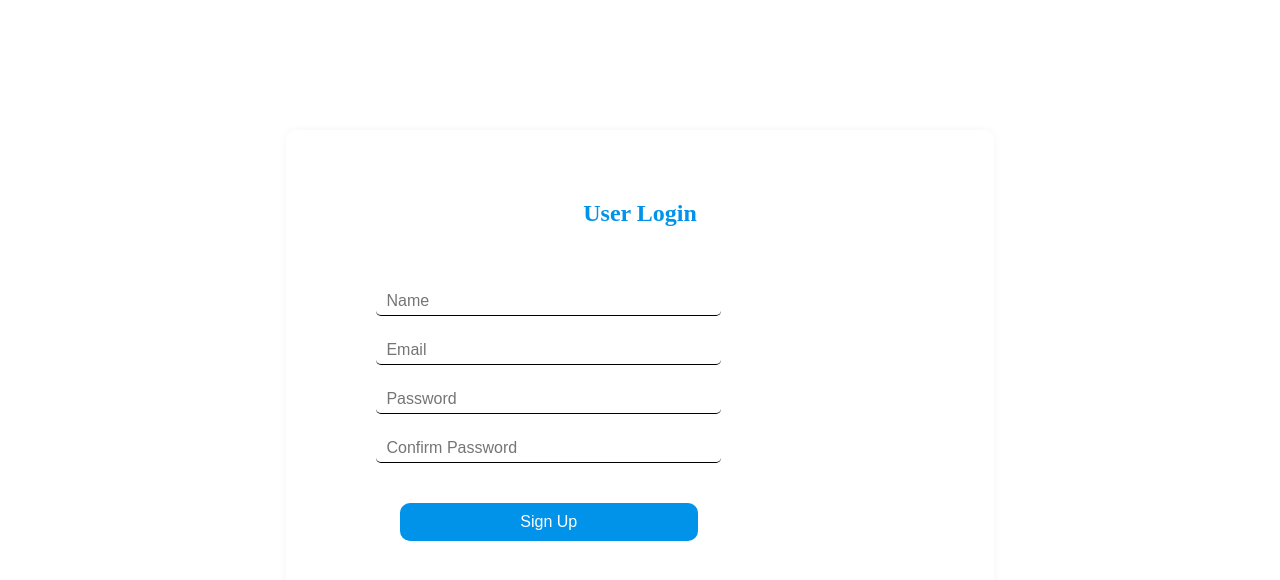
Repository: devSkhandelwal/job-search
Page: /login
The author's editor kept a copy of each file at every save. The page is drawn from the files as they stood at one save, then again after the next save.
The browser window is 1280 px wide. The pictures show the whole page.
The project was rebuilt for these pictures with package versions that can differ from the ones it lists, and the page was loaded fresh each time. Also part of the build but not shown: src/actions/jobAction.js, src/components/FormElement/ApplyForm.js, src/containers/JobDetailsContainer.js, src/containers/JobFilterContainer.js, src/components/JobItem.js, src/components/JobList.js, src/containers/JobListContainer.js.

Above is the page before, as saved 2021-05-04 10:10:29.

After the next save:
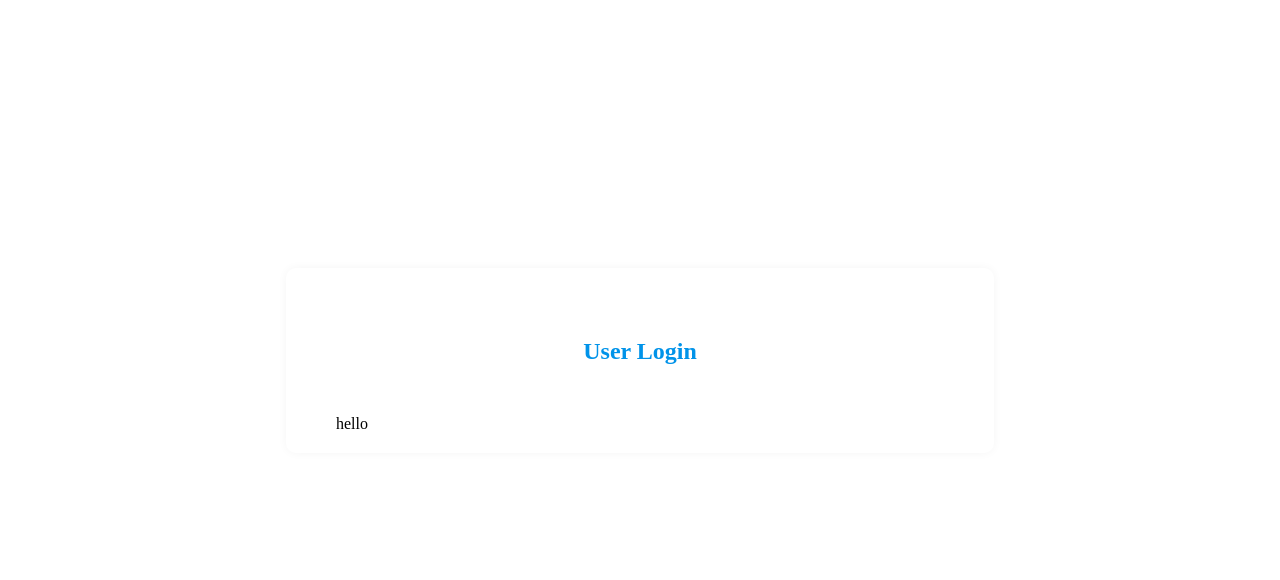
Saved 43 s later.
--- a/src/components/FormElement/FormContainer.js
+++ b/src/components/FormElement/FormContainer.js
@@ -3,7 +3,7 @@
 const FormContainer = ({children}) => {
     return (
         <div className="form-container">
-            {children}
+           hello
         </div>
     )
 }

After the save that followed:
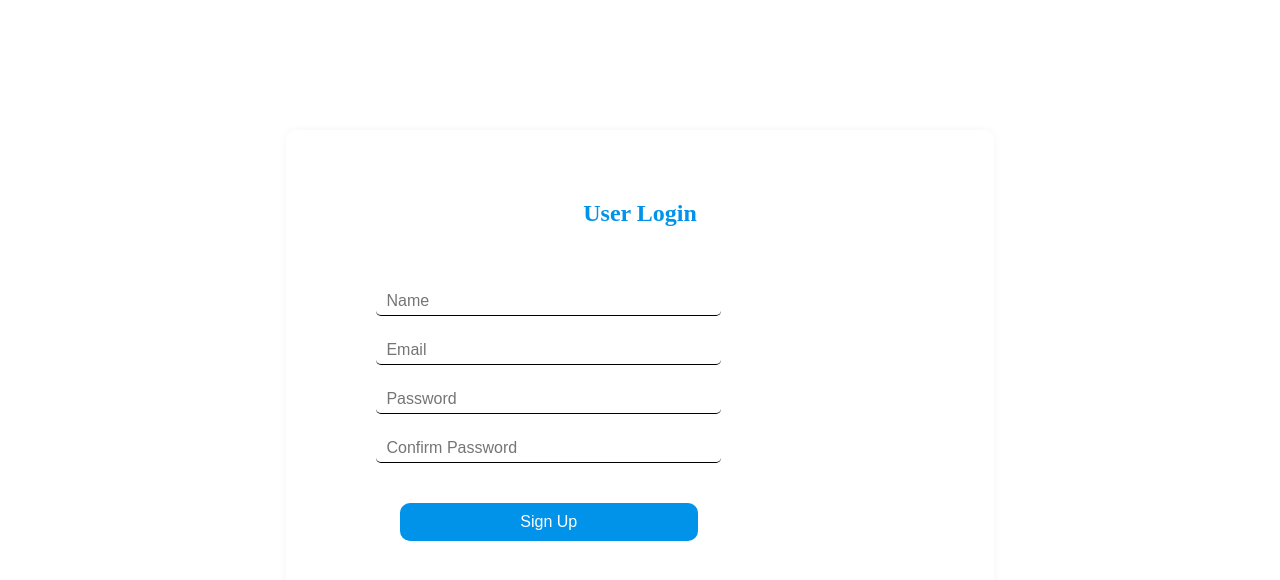
Saved 11 s later.
--- a/src/components/FormElement/FormContainer.js
+++ b/src/components/FormElement/FormContainer.js
@@ -3,7 +3,7 @@
 const FormContainer = ({children}) => {
     return (
         <div className="form-container">
-           hello
+            {children}
         </div>
     )
 }
